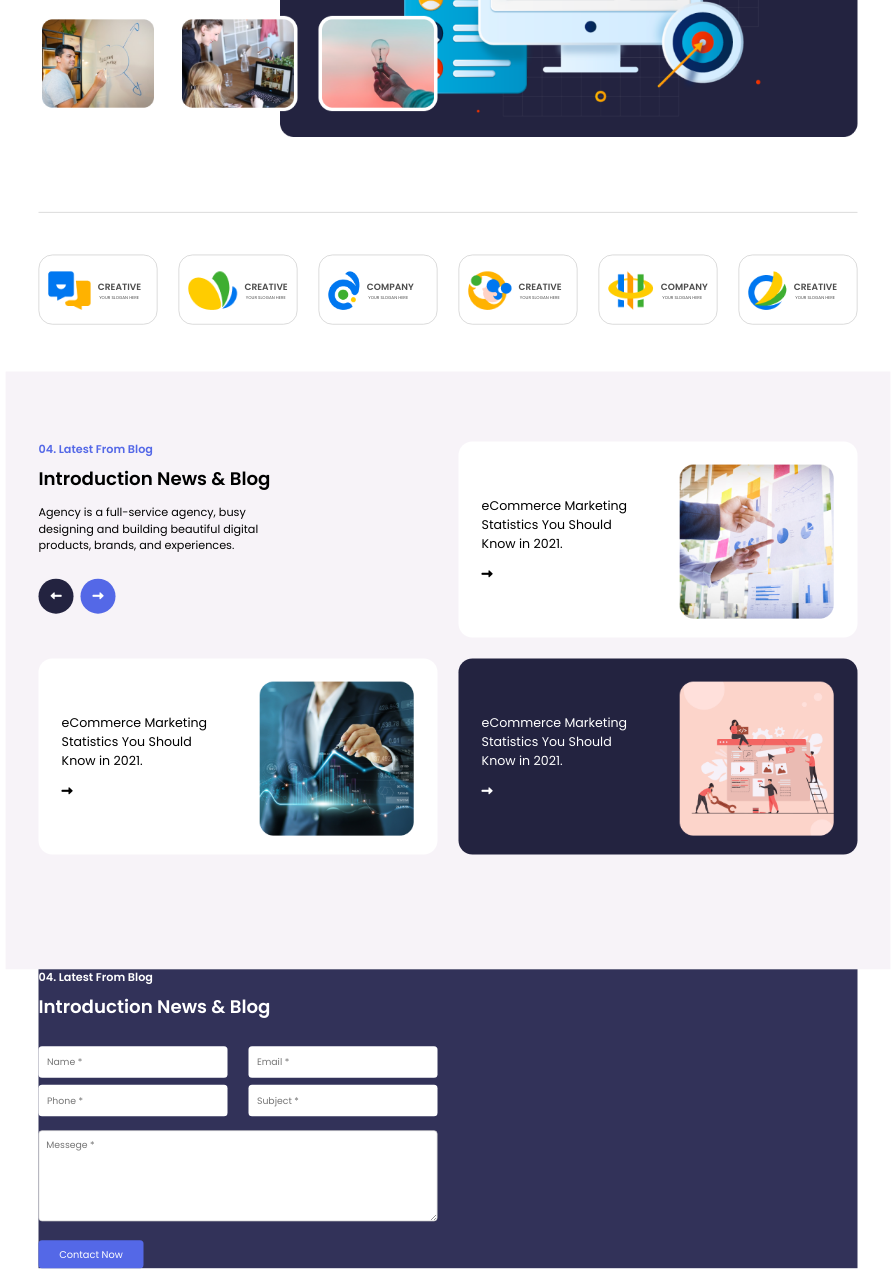
Repository: tranchi0120/LangdingPage-Htmlcss-Ago
Page: index.html
These files come from the project's save history. The page is drawn as it stood at one moment and after the next save; the edit follows.
The browser window is 1280 px wide. The pictures show the part of the page from y = 2964 to 4884 px (the page is 4784 px tall before and 4884 px after), at 70% of full size.
Some web libraries are served in a nearby version. The style sheet was rebuilt from its Sass, Less or Tailwind sources for each picture, by a compiler version that may differ from the author's.

Above is the page before, as saved 2022-07-15 10:32:14.

After the next save:
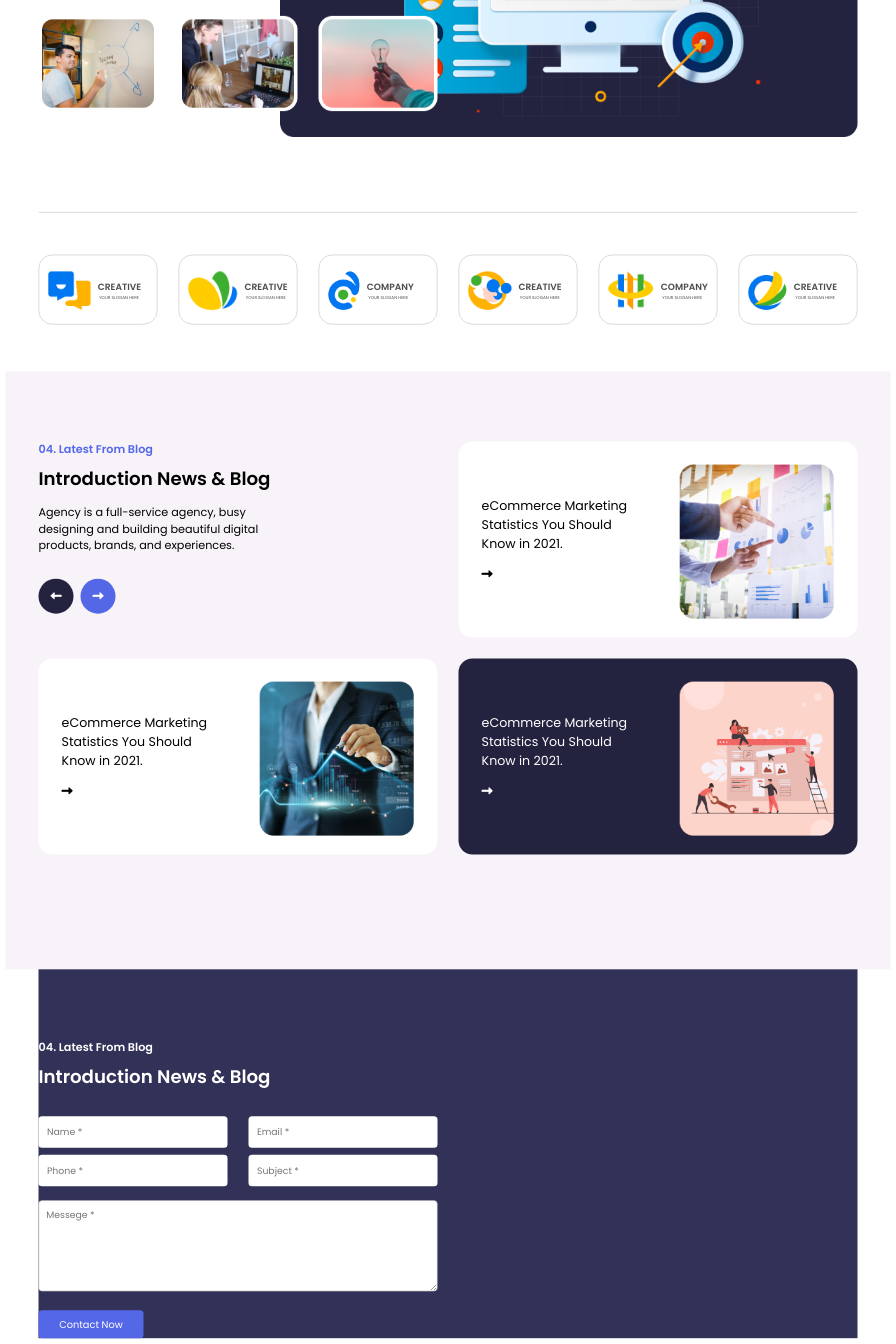
Saved 11 s later.
--- a/sass/_contact.scss
+++ b/sass/_contact.scss
@@ -10,6 +10,7 @@
     // }
     &-left {
         background: #323259;
+        padding-top: 100px;
         &-number {
             margin-bottom: 10px;
             margin-top: 0;
